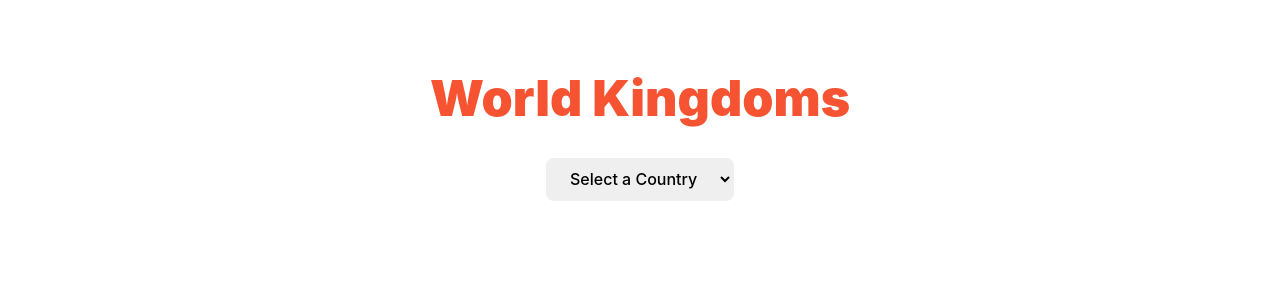
Repository: GloGlorGloria/COMP3170-lab7
Page: /
The author's editor kept a copy of each file at every save. The page is drawn from the files as they stood at one save, then again after the next save.
The browser window is 1280 px wide. The pictures show the whole page.
The page's requests for data from a server got no answer. The project was rebuilt for these pictures with package versions that can differ from the ones it lists, and the page was loaded fresh each time. No one was signed in, and anything a server would have sent is missing. Also part of the build but not shown: vite.config.js, src/components/Details.jsx.

Above is the page before, as saved 2024-11-24 02:15:57.

After the next save:
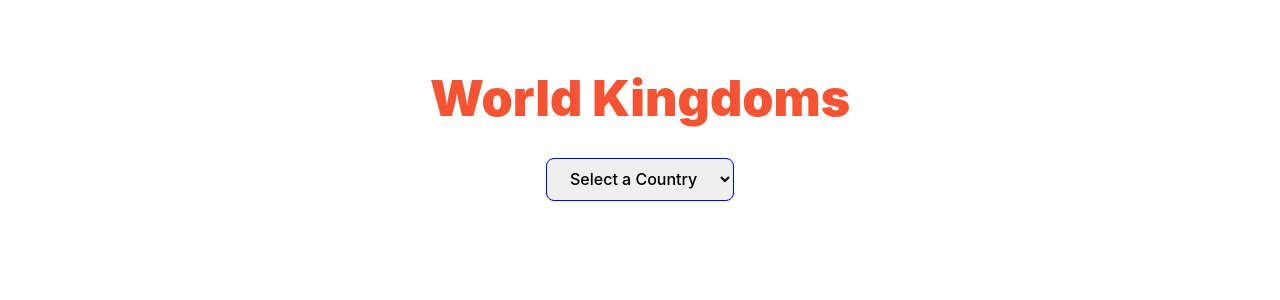
Saved 24 s later.
--- a/src/index.css
+++ b/src/index.css
@@ -35,7 +35,7 @@ h1:hover{
 
 .dropdown {
   border-radius: 8px;
-  border: 1px solid transparent;
+  border: 1px solid blue;
   padding: 0.6em 1.2em;
   font-size: 1em;
   font-weight: 500;
